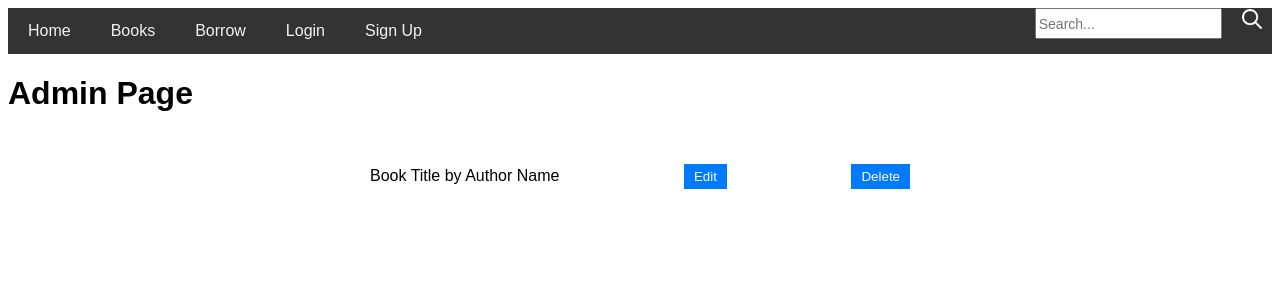
Repository: fadyesk12/Web-Technology-Course-Project
Page: auth/admin.html
These files come from the project's save history. The page is drawn as it stood at one moment and after the next save; the edit follows.
The browser window is 1280 px wide. The pictures show the whole page.

Above is the page before, as saved 2024-04-20 09:47:02.

After the next save:
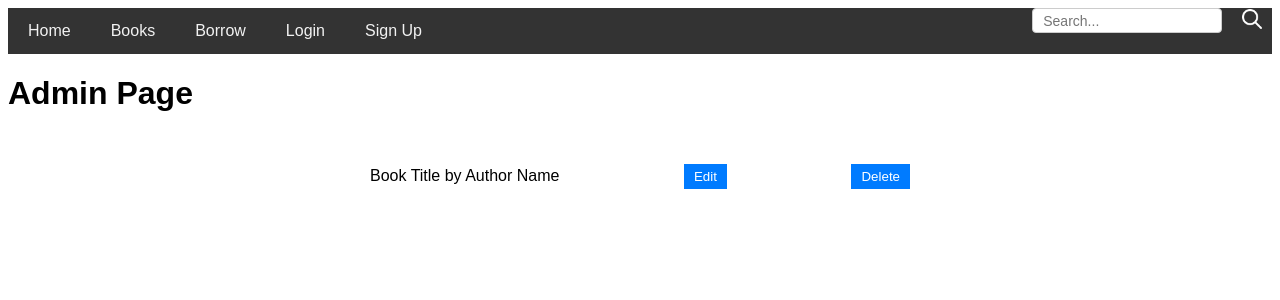
Saved 106 s later.
--- a/Styling/admin.css
+++ b/Styling/admin.css
@@ -58,6 +58,17 @@
     background-color: #0056b3;
 }
 
+input[type="text"],
+input[type="password"],
+input[type="email"],
+select {
+    width: 100%;
+    padding: 10px;
+    border: 1px solid #ccc;
+    border-radius: 4px;
+    box-sizing: border-box;
+}
+
 .search {
     float: right;
 }
